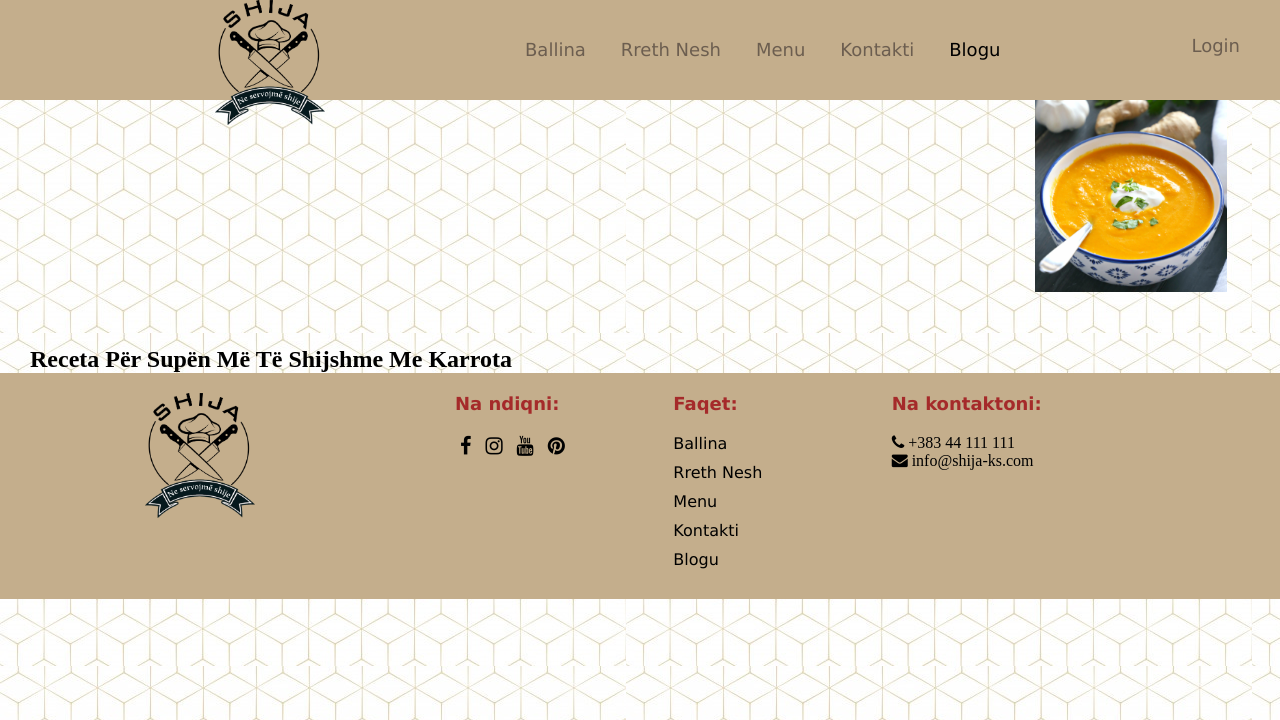
Repository: bs47892/ProjektiWeb-Shija2020
Page: http://localhost/blog.html
The author's editor kept a copy of each file at every save. The page is drawn from the files as they stood at one save, then again after the next save.
The browser window is 1280 px wide. The pictures show the whole page.
Some web fonts or font styles are not loaded; a fallback is used. The page is run by PHP 8.4 with error messages shown; the project is at /var/www/html/.

Above is the page before, as saved 2021-03-10 21:25:01.

After the next save:
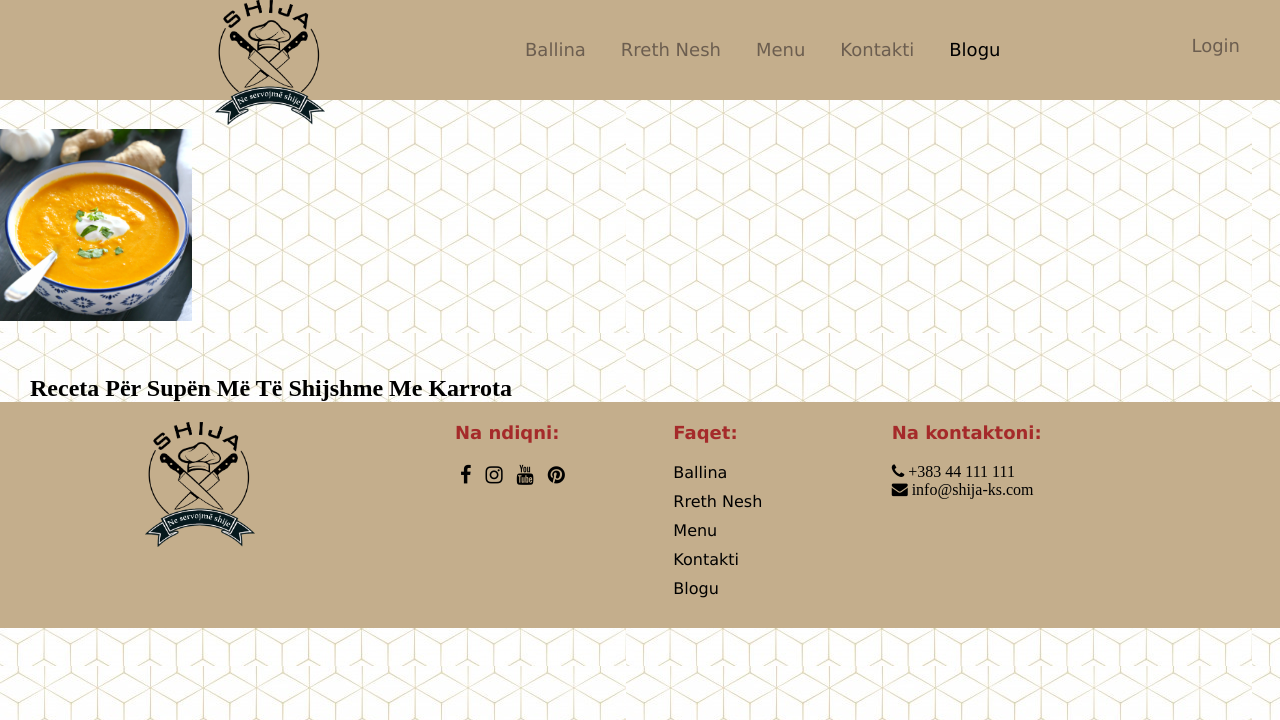
Saved 12 s later.
--- a/style.css
+++ b/style.css
@@ -532,7 +532,7 @@
 
 }
 .artikuj .artikulli1 img{
-margin-right: 0px;
+margin-right: 900px;
 max-width: 15%;
 max-height: 15%;
 }

After the 4 saves that followed:
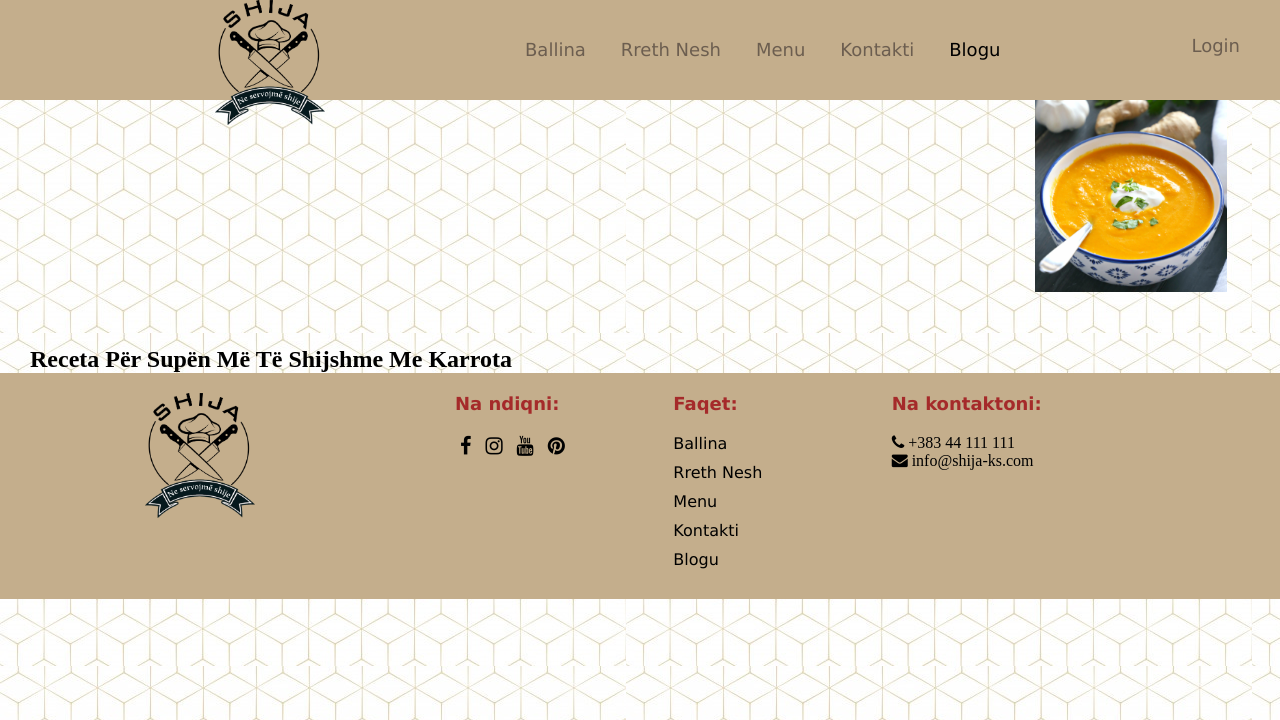
The 4 saves are shown as one change because 3 left the picture as it was.
The last was saved 107 s later.
--- a/style.css
+++ b/style.css
@@ -532,7 +532,7 @@
 
 }
 .artikuj .artikulli1 img{
-margin-right: 900px;
+
 max-width: 15%;
 max-height: 15%;
 }
